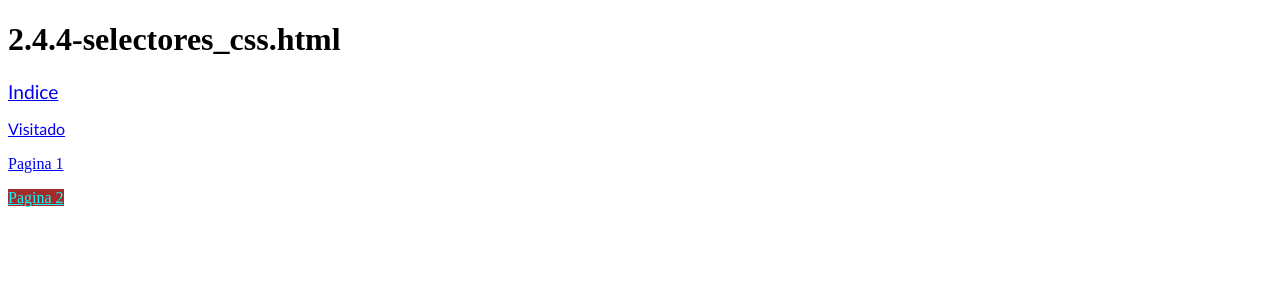
Repository: cesarsant0203/My_Study
Page: Introducción al desarrollo web/2-Css/2.4.4-selectores_css.html
An editor plug-in stored every save of this project. The page is shown before and after the next save, followed by the edit.
The browser window is 1280 px wide. The pictures show the whole page.

Above is the page before, as saved 2020-04-28 15:25:38.

After the next save:
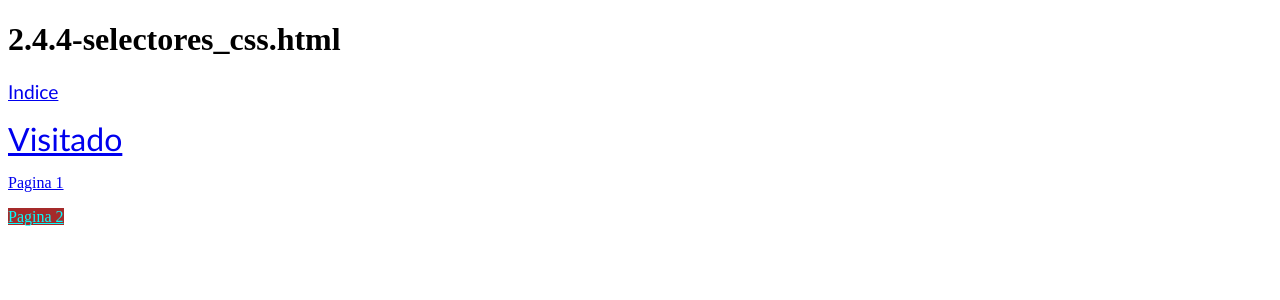
Saved 4 s later.
--- a/Introducción al desarrollo web/2-Css/2.4.4-selectores_css.css
+++ b/Introducción al desarrollo web/2-Css/2.4.4-selectores_css.css
@@ -4,7 +4,7 @@
 */
 a[title=Visitado]{
     font-family: 'Gill Sans', 'Gill Sans MT', Calibri, 'Trebuchet MS', sans-serif;
-    font-size: x-larger;
+    font-size: xx-large;
 }
 a[id |=top] {
     background-color: brown;
